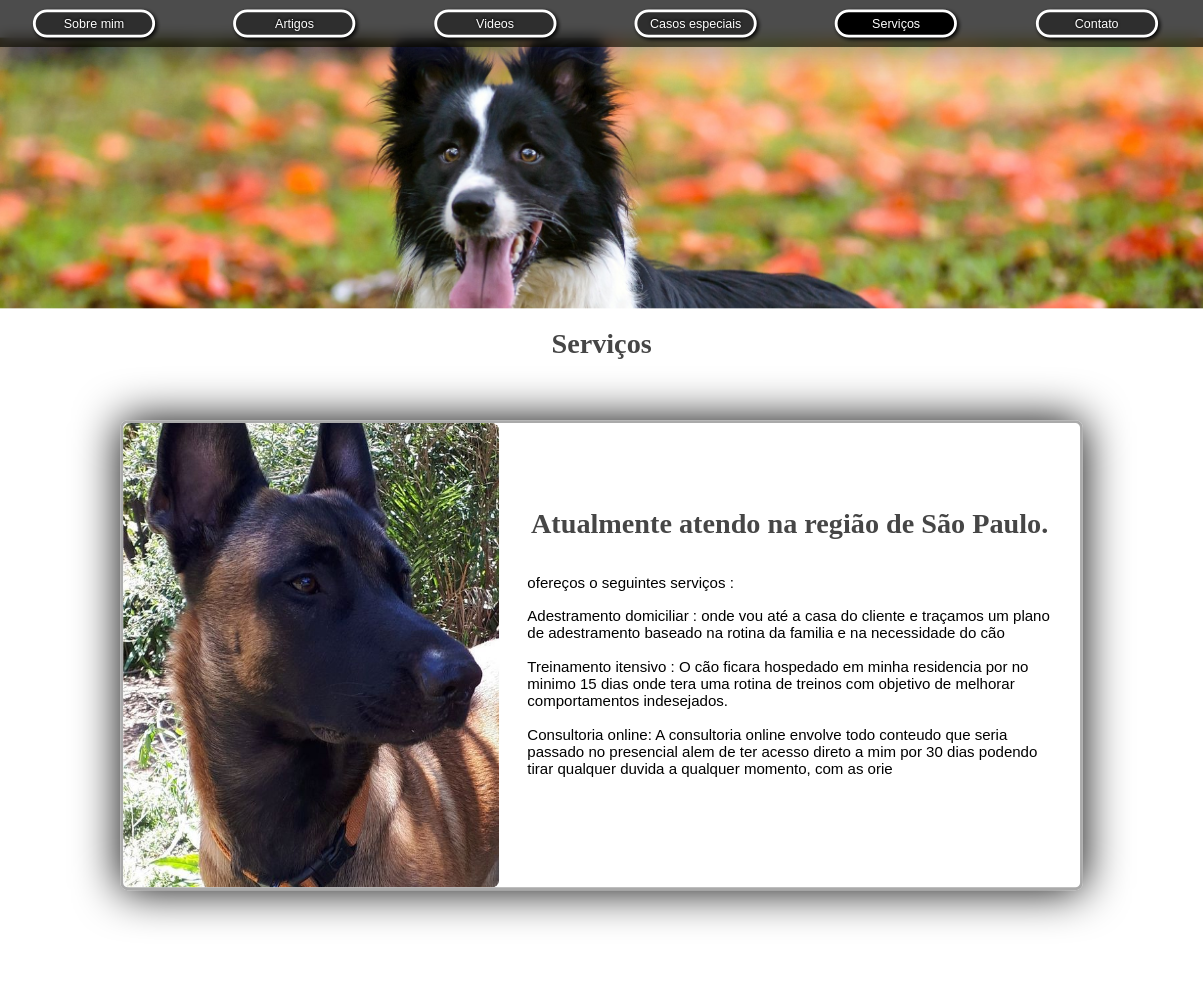
Repository: KevynMarques/Blog-React-StyledComponent
Page: /, after clicking the first element matching `button.sc-dcJsrY`
These files come from the project's save history. The page is drawn as it stood at one moment and after the next save; the edit follows.
The browser window is 1280 px wide. The pictures show the whole page, at 94% of full size.
The project was rebuilt for these pictures with package versions that can differ from the ones it lists, and the page was loaded fresh each time. Also part of the build but not shown: src/Components/Artigos/index.jsx, src/Components/Clientes/index.jsx, src/Components/Contato/index.jsx, src/Components/View/index.jsx.

Above is the page before, as saved 2022-02-21 18:25:22.

After the next save:
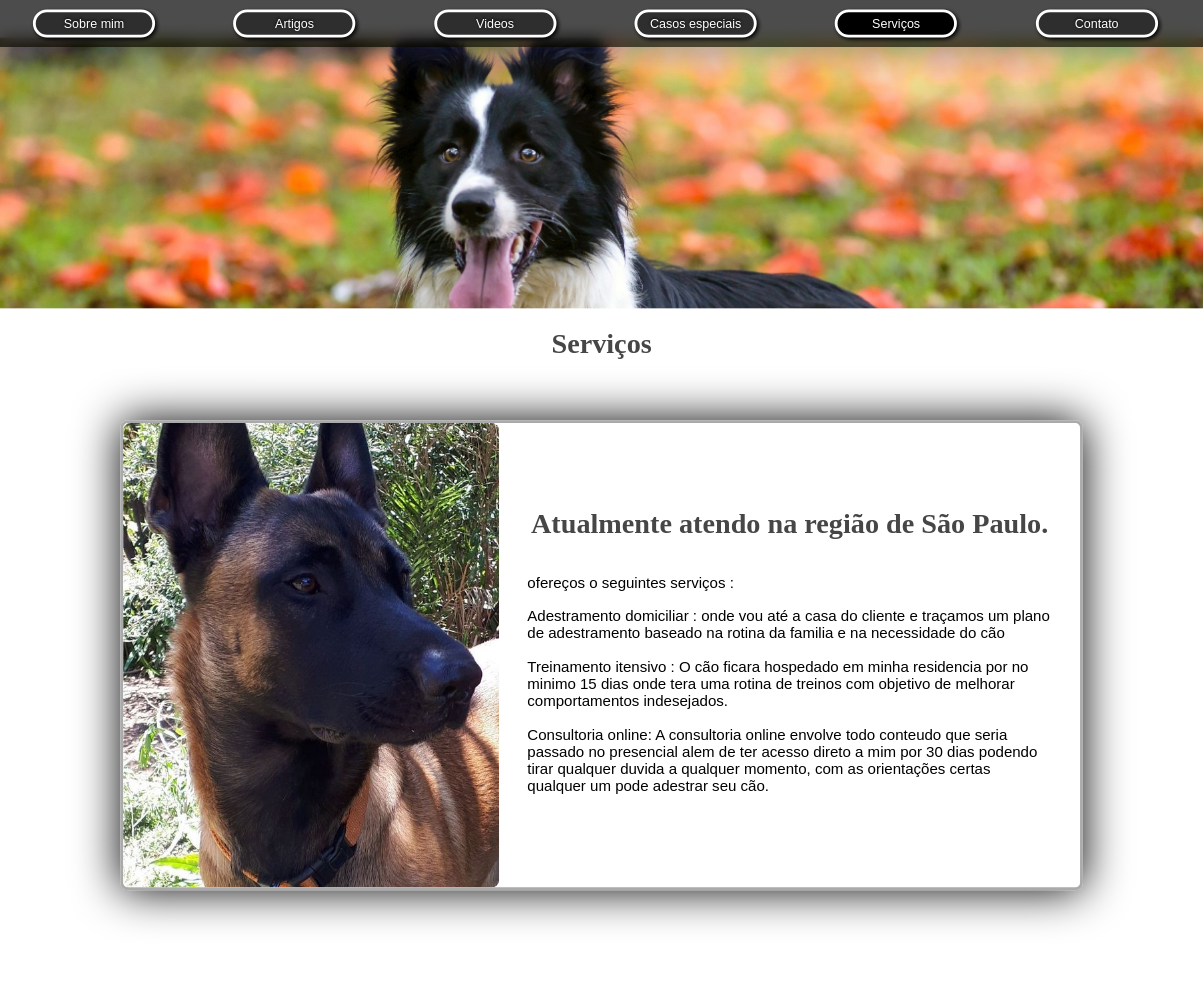
Saved 10 s later.
--- a/src/Components/Serviços/index.jsx
+++ b/src/Components/Serviços/index.jsx
@@ -31,7 +31,7 @@ export default () => {
        Treinamento itensivo : O cão ficara hospedado em minha residencia por no minimo 15 dias onde tera uma rotina de treinos com objetivo de melhorar comportamentos indesejados.
        <br></br> <br></br>
 
-        Consultoria online: A consultoria online envolve todo conteudo que seria passado no presencial alem de ter acesso direto a mim por 30 dias podendo tirar qualquer duvida a qualquer momento, com as orie
+        Consultoria online: A consultoria online envolve todo conteudo que seria passado no presencial alem de ter acesso direto a mim por 30 dias podendo tirar qualquer duvida a qualquer momento, com as orientações certas qualquer um pode adestrar seu cão.
 
         </Info>
        </ContainerBox>
